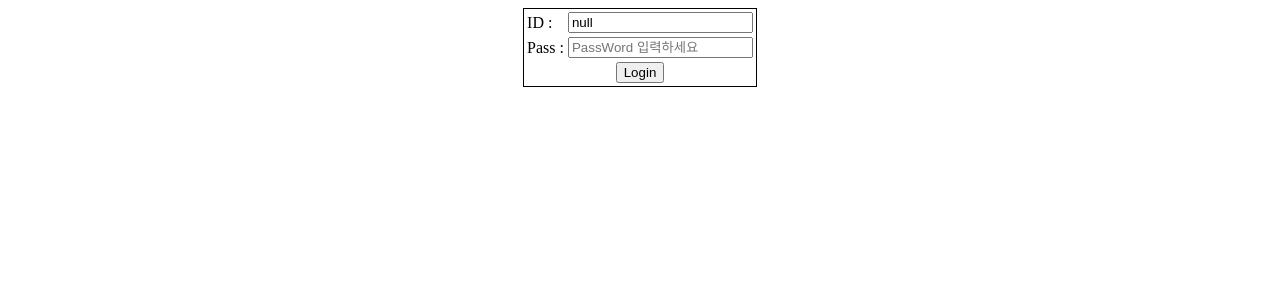
Repository: p2terkim/servletWork
Page: http://localhost/servletTest/sessionLogin.do
These files come from the project's save history. The page is drawn as it stood at one moment and after the next save; the edit follows.
The browser window is 1280 px wide. The pictures show the whole page.
The page is served by Tomcat 9. Other server files are loaded and not shown.

Above is the page before, as saved 2021-05-19 08:18:30.

### servletTest/WebContent/basic/04/sessionLogin.jsp
<%@ page language="java" contentType="text/html; charset=UTF-8"
    pageEncoding="UTF-8"%>
<!DOCTYPE html>
<html>
<head>
<meta charset="UTF-8">
<title>Insert title here</title>
</head>
<body>
<%
//세션 객체 생성
HttpSession sessionLog = request.getSession();

//세션값 확인
String status = (String)sessionLog.getAttribute("status");
String id = (String)sessionLog.getAttribute("userid");

	if(status == null){

	%>
	<form action="<%=request.getContextPath()%>/SessionLogin.do"  method="post">
<table style="border:1px solid; margin:0 auto;">
<tr>
	<td>ID : </td>
	<td><input type="text" name="userid" value="<%=id %>" placeholder="ID 입력하세요"></td>
</tr>
<tr>
	<td>Pass : </td>
	<td><input type="password" name="pass" placeholder="PassWord 입력하세요"></td>
</tr>

<tr>
	<td colspan="2" style="text-align:center;"><input type="submit" value="Login"></td>
</tr>
</table>
</form>

	<%
}else{
%>
<h2><%=id %>님 반갑습니다.</h2><br><br>
<a href='<%= request.getContextPath()%>/SessionLogout.do'>로그아웃</a>
<%
}

%>



</body>
</html>

### servletTest/src/kr/or/ddit/basic/session/SessionLoginServlet.java
package kr.or.ddit.basic.session;

import java.io.IOException;

import javax.servlet.RequestDispatcher;
import javax.servlet.ServletException;
import javax.servlet.annotation.WebServlet;
import javax.servlet.http.HttpServlet;
import javax.servlet.http.HttpServletRequest;
import javax.servlet.http.HttpServletResponse;
import javax.servlet.http.HttpSession;


@WebServlet("/sessionLogin.do")
public class SessionLoginServlet extends HttpServlet {
	private static final long serialVersionUID = 1L;

	protected void doGet(HttpServletRequest request, HttpServletResponse response) throws ServletException, IOException {
		// GET방식으로 요청하면 무조건 로그인 폼으로 이동하기 - forward방식
		RequestDispatcher rd =
			request.getRequestDispatcher("/basic/04/sessionLogin.jsp");
		rd.forward(request, response);

	}

	protected void doPost(HttpServletRequest request, HttpServletResponse response) throws ServletException, IOException {
		request.setCharacterEncoding("utf-8");

		String userid = request.getParameter("userid"); // userid값 가져오기
		String pass = request.getParameter("pass");		// pass값 가져오기

		System.out.println(userid + ", " + pass);
		// id: admin, pass: 1234  ==> 사용가능 회원
		if(userid!=null && pass!=null) {
			if("admin".equals(userid) && "1234".equals(pass)) { // 로그인 성공
				HttpSession session = request.getSession();
				session.setAttribute("loginId", userid); // 세션에 로그인 Id 저장
			}
		}

		RequestDispatcher rd =
				request.getRequestDispatcher("/basic/04/sessionLogin.jsp");
		rd.forward(request, response);

	}

}

After the next save:
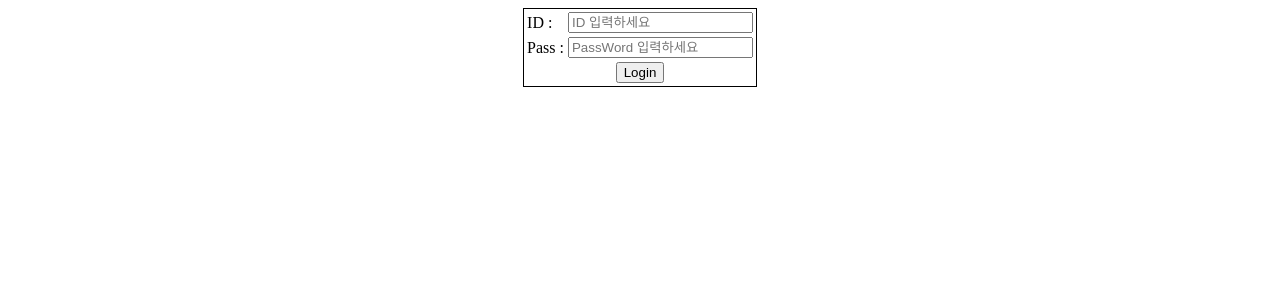
Saved 61 s later.
--- a/servletTest/WebContent/basic/04/sessionLogin.jsp
+++ b/servletTest/WebContent/basic/04/sessionLogin.jsp
@@ -16,7 +16,7 @@
 String id = (String)sessionLog.getAttribute("userid");
 
 	if(status == null){
-
+		id = "";
 	%>
 	<form action="<%=request.getContextPath()%>/SessionLogin.do"  method="post">
 <table style="border:1px solid; margin:0 auto;">

After the save that followed:
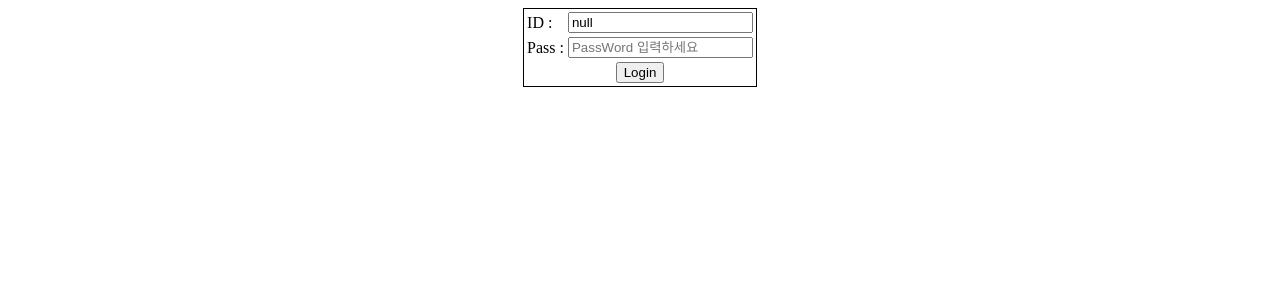
Saved 92 s later.
--- a/servletTest/WebContent/basic/04/sessionLogin.jsp
+++ b/servletTest/WebContent/basic/04/sessionLogin.jsp
@@ -16,7 +16,7 @@
 String id = (String)sessionLog.getAttribute("userid");
 
 	if(status == null){
-		id = "";
+
 	%>
 	<form action="<%=request.getContextPath()%>/SessionLogin.do"  method="post">
 <table style="border:1px solid; margin:0 auto;">
